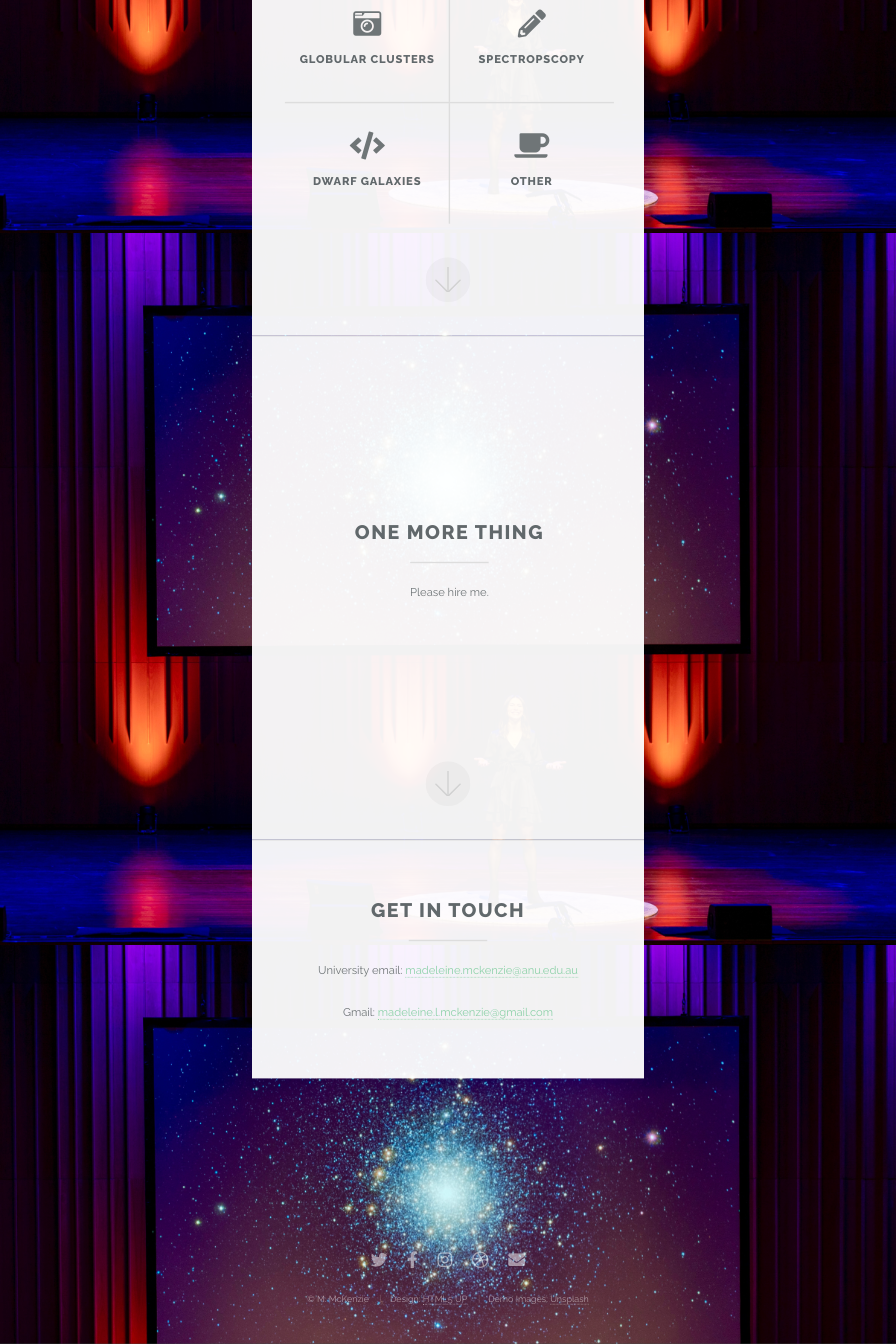
Repository: madeleine-mckenzie/madeleine-mckenzie.github.io
Page: index.html
The author's editor kept a copy of each file at every save. The page is drawn from the files as they stood at one save, then again after the next save.
The browser window is 1280 px wide. The pictures show the part of the page from y = 1701 to 3621 px (the page is 3621 px tall), at 70% of full size.
Backgrounds fixed to the window are drawn as part of the page.

Above is the page before, as saved 2023-08-12 19:06:02.

After the next save:
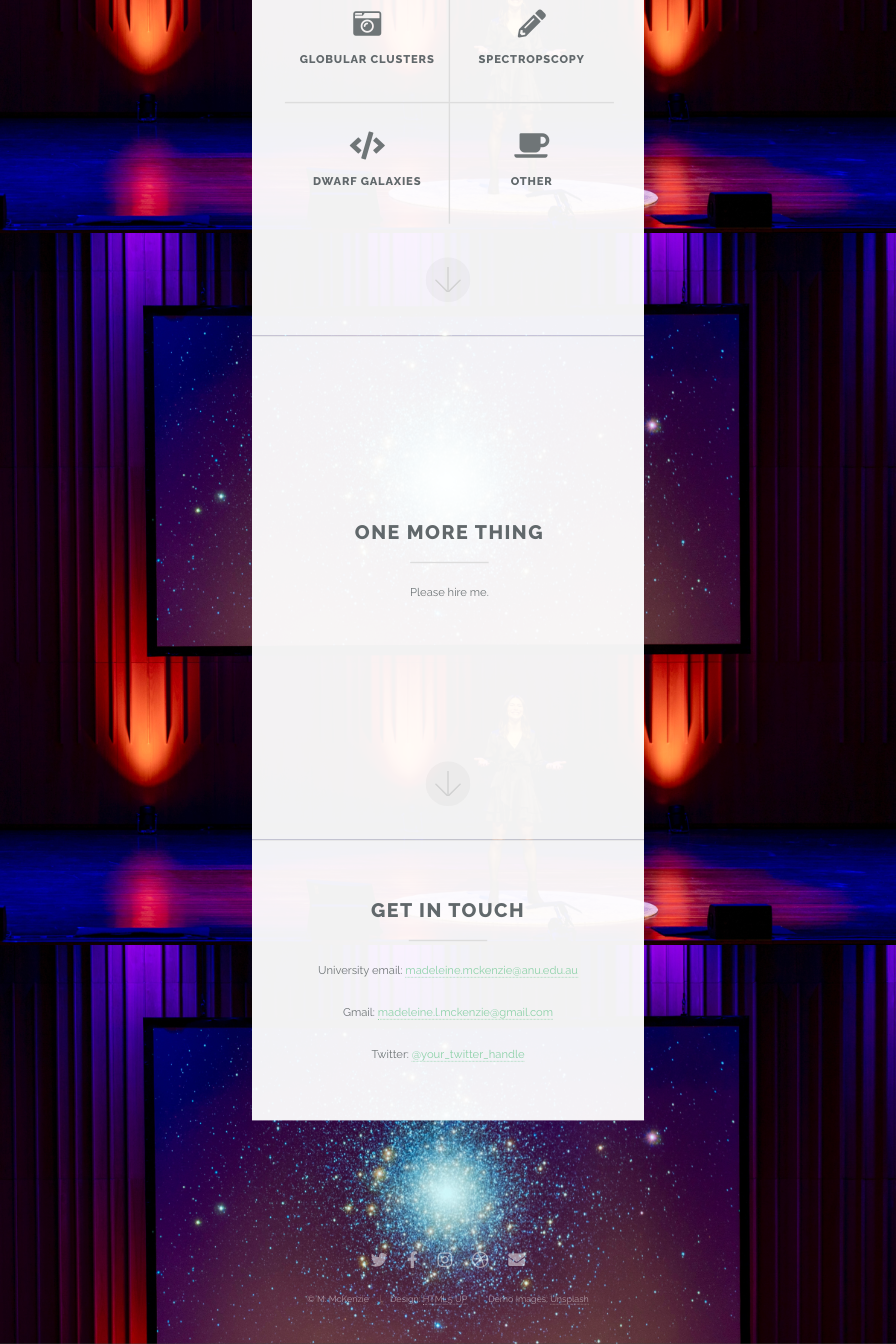
Saved 2 min 1 s later.
--- a/index.html
+++ b/index.html
@@ -98,6 +98,7 @@
             </header>
             <p>University email: <a href="mailto:madeleine.mckenzie@anu.edu.au">madeleine.mckenzie@anu.edu.au</a></p>
 			<p>Gmail: <a href="mailto:madeleine.mckenzie@anu.edu.au">madeleine.l.mckenzie@gmail.com</a></p>
+			<p>Twitter: <a href="https://twitter.com/your_twitter_handle" target="_blank">@your_twitter_handle</a></p>
 
         </div>
         <footer>
